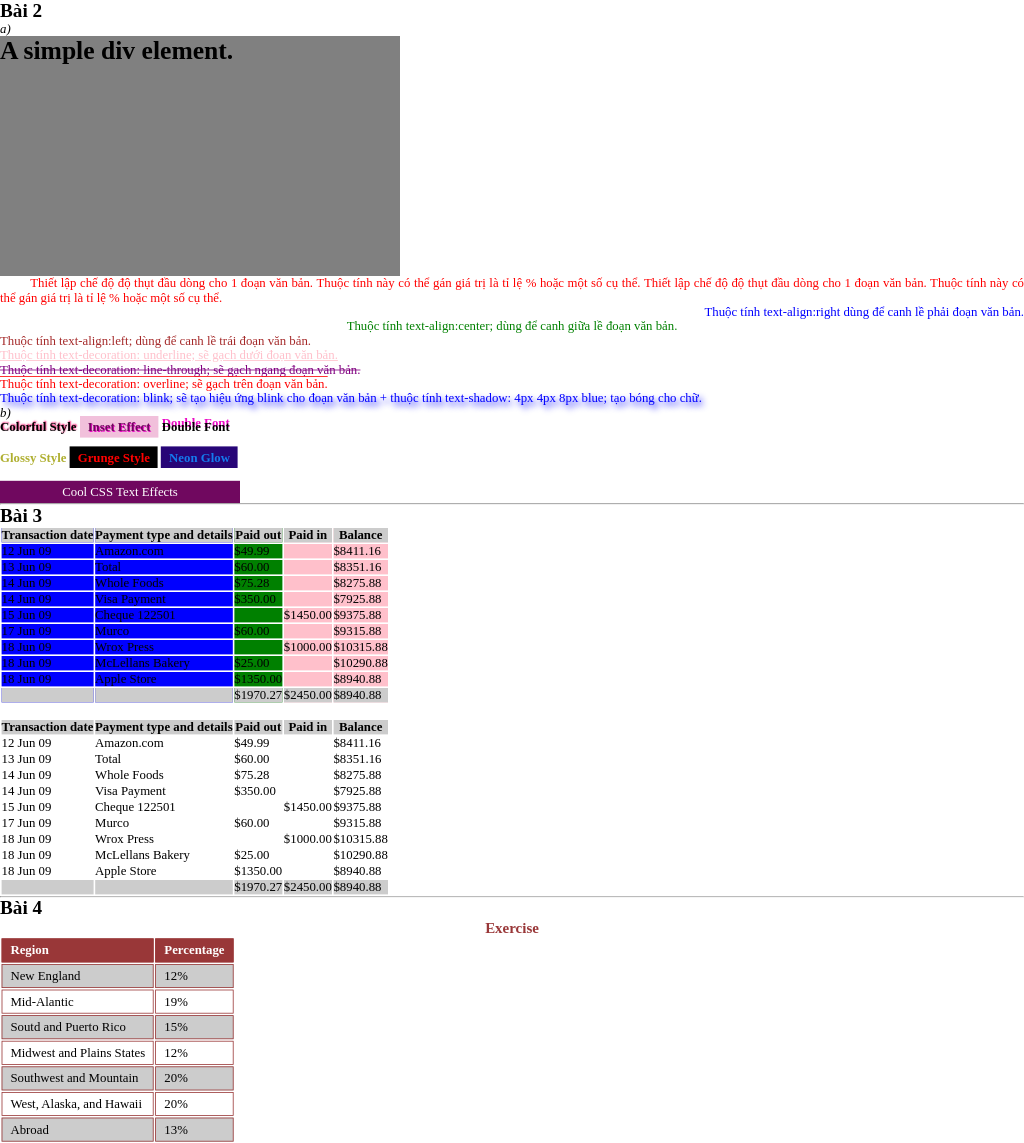
Repository: hoangnguyen1903/STT_21084321_NguyenHuyHoang_DHKHMT17B
Page: html/index.html
The author's editor kept a copy of each file at every save. The page is drawn from the files as they stood at one save, then again after the next save.
The browser window is 1280 px wide. The pictures show the whole page, at 80% of full size.

Above is the page before, as saved 2023-03-02 14:46:32.

### html/index.html
<!DOCTYPE html>
<html lang="en">
  <head>
    <meta charset="UTF-8" />
    <meta http-equiv="X-UA-Compatible" content="IE=edge" />
    <meta name="viewport" content="width=device-width, initial-scale=1.0" />
    <title>CSS</title>

    <style>
      * {
        box-sizing: border-box;
        padding: 0;
        margin: 0;
      }
      #bai4 > table {
        font-family: "Trebuchet MS, Arial, Helvetica, sans-serif";
      }

      #bai4 > h3 {
        color: #993738;
        text-align: center;
      }

      #bai4 > table > thead {
        color: #fff;
        background-color: #993738;
        text-align: left;
      }

      #bai4 > table > tbody > tr:nth-child(odd) {
        color: black;
        background-color: #ccc;
        text-align: left;
      }
      #bai4 > table > tbody > tr:nth-child(even) {
        color: black;
        text-align: left;
      }

      #bai4 > table > thead > tr > th,
      #bai4 > table > tbody > tr > td {
        border: 1px solid #993738;
        padding: 5px 10px;
      }
    </style>
  </head>
  <body>
    <h2><b>Bài 2</b></h2>
    <p><i>a)</i></p>
    <div
      id="container"
      style="width: 500px; height: 300px; background-color: gray"
    >
      <h1>A simple div element.</h1>
    </div>
    <p style="text-indent: 1cm; color: red; text-align: justify">
      Thiết lập chế độ độ thụt đầu dòng cho 1 đoạn văn bản. Thuộc tính này có
      thể gán giá trị là tỉ lệ % hoặc một số cụ thể. Thiết lập chế độ độ thụt
      đầu dòng cho 1 đoạn văn bản. Thuộc tính này có thể gán giá trị là tỉ lệ %
      hoặc một số cụ thể.
    </p>
    <p style="text-align: right; color: blue">
      Thuộc tính text-align:right dùng để canh lề phải đoạn văn bản.
    </p>
    <p style="text-align: center; color: green">
      Thuộc tính text-align:center; dùng để canh giữa lề đoạn văn bản.
    </p>
    <p style="text-align: left; color: brown">
      Thuộc tính text-align:left; dùng để canh lề trái đoạn văn bản.
    </p>
    <p style="text-decoration: underline; color: pink">
      Thuộc tính text-decoration: underline; sẽ gạch dưới đoạn văn bản.
    </p>
    <p style="text-decoration: line-through; color: purple">
      Thuộc tính text-decoration: line-through; sẽ gạch ngang đoạn văn bản.
    </p>
    <p style="text-decoration: overline; color: red">
      Thuộc tính text-decoration: overline; sẽ gạch trên đoạn văn bản.
    </p>
    <p
      style="
        text-decoration: blink;
        text-align: justify;
        color: blue;
        text-shadow: 4px 4px 8px blue;
      "
    >
      Thuộc tính text-decoration: blink; sẽ tạo hiệu ứng blink cho đoạn văn bản
      + thuộc tính text-shadow: 4px 4px 8px blue; tạo bóng cho chữ.
    </p>
    <p><i>b)</i></p>
    <div>
      <span
        style="
          color: black;
          font-weight: bold;
          text-shadow: 1px -1px 2px rgba(238, 12, 106, 0.986);
        "
        >Colorful Style</span
      >
      <span
        style="
          color: #70085f;
          background: #f1c0db;
          padding: 5px 10px;
          font-weight: bold;
          text-shadow: #eb0bc5 1px 1px 0;
        "
        >Inset Effect</span
      >
      <span style="text-shadow: 0px -5px 0 #eb0bc5; font-weight: bold"
        >Double Font</span
      >
    </div>
    <div style="margin-top: 20px">
      <span
        style="
          color: rgb(175, 175, 48);
          text-shadow: 4px 2px 2px #fff;
          font-weight: bold;
        "
        >Glossy Style</span
      >
      <span
        style="
          color: red;
          background-color: black;
          padding: 5px 10px;
          font-weight: bold;
        "
        >Grunge Style</span
      >
      <span
        style="
          color: rgb(20, 122, 238);
          background-color: rgb(39, 5, 119);
          padding: 5px 10px;
          font-weight: bold;
        "
        >Neon Glow</span
      >
    </div>
    <div
      style="
        color: #fff;
        background-color: #70085f;
        text-align: center;
        padding: 5px 10px;
        margin-top: 20px;
        width: 300px;
      "
    >
      Cool CSS Text Effects
    </div>
    <hr />
    <h2><b>Bài 3</b></h2>
    <table>
      <colgroup>
        <col span="6" style="background-color: blue" />
        <col span="6" style="background-color: blue" />
        <col span="2" style="background-color: green" />
        <col span="2" style="background-color: pink" />
        <col span="3" style="background-color: pink" />
      </colgroup>
      <tr style="background-color: #ccc">
        <th colspan="6">Transaction date</th>
        <th colspan="6">Payment type and details</th>
        <th colspan="2">Paid out</th>
        <th colspan="2">Paid in</th>
        <th colspan="3">Balance</th>
      </tr>

      <tr>
        <td colspan="6">12 Jun 09</td>
        <td colspan="6">Amazon.com</td>
        <td colspan="2">$49.99</td>
        <td colspan="2"></td>
        <td colspan="3">$8411.16</td>
      </tr>
      <tr>
        <td colspan="6">13 Jun 09</td>
        <td colspan="6">Total</td>
        <td colspan="2">$60.00</td>
        <td colspan="2"></td>
        <td colspan="3">$8351.16</td>
      </tr>
      <tr>
        <td colspan="6">14 Jun 09</td>
        <td colspan="6">Whole Foods</td>
        <td colspan="2">$75.28</td>
        <td colspan="2"></td>
        <td colspan="3">$8275.88</td>
      </tr>
      <tr>
        <td colspan="6">14 Jun 09</td>
        <td colspan="6">Visa Payment</td>
        <td colspan="2">$350.00</td>
        <td colspan="2"></td>
        <td colspan="3">$7925.88</td>
      </tr>
      <tr>
        <td colspan="6">15 Jun 09</td>
        <td colspan="6">Cheque 122501</td>
        <td colspan="2"></td>
        <td colspan="2">$1450.00</td>
        <td colspan="3">$9375.88</td>
      </tr>
      <tr>
        <td colspan="6">17 Jun 09</td>
        <td colspan="6">Murco</td>
        <td colspan="2">$60.00</td>
        <td colspan="2"></td>
        <td colspan="3">$9315.88</td>
      </tr>
      <tr>
        <td colspan="6">18 Jun 09</td>
        <td colspan="6">Wrox Press</td>
        <td colspan="2"></td>
        <td colspan="2">$1000.00</td>
        <td colspan="3">$10315.88</td>
      </tr>
      <tr>
        <td colspan="6">18 Jun 09</td>
        <td colspan="6">McLellans Bakery</td>
        <td colspan="2">$25.00</td>
        <td colspan="2"></td>
        <td colspan="3">$10290.88</td>
      </tr>
      <tr>
        <td colspan="6">18 Jun 09</td>
        <td colspan="6">Apple Store</td>
        <td colspan="2">$1350.00</td>
        <td colspan="2"></td>
        <td colspan="3">$8940.88</td>
      </tr>

      <tr style="background-color: #ccc">
        <td colspan="6"></td>
        <td colspan="6"></td>
        <td colspan="2">$1970.27</td>
        <td colspan="2">$2450.00</td>
        <td colspan="3">$8940.88</td>
      </tr>
    </table>
    <br />
    <table>
      <tr style="background-color: #ccc">
        <th colspan="6">Transaction date</th>
        <th colspan="6">Payment type and details</th>
        <th colspan="2">Paid out</th>
        <th colspan="2">Paid in</th>
        <th colspan="3">Balance</th>
      </tr>

      <tr>
        <td colspan="6">12 Jun 09</td>
        <td colspan="6">Amazon.com</td>
        <td colspan="2">$49.99</td>
        <td colspan="2"></td>
        <td colspan="3">$8411.16</td>
      </tr>
      <tr>
        <td colspan="6">13 Jun 09</td>
        <td colspan="6">Total</td>
        <td colspan="2">$60.00</td>
        <td colspan="2"></td>
        <td colspan="3">$8351.16</td>
      </tr>
      <tr>
        <td colspan="6">14 Jun 09</td>
        <td colspan="6">Whole Foods</td>
        <td colspan="2">$75.28</td>
        <td colspan="2"></td>
        <td colspan="3">$8275.88</td>
      </tr>
      <tr>
        <td colspan="6">14 Jun 09</td>
        <td colspan="6">Visa Payment</td>
        <td colspan="2">$350.00</td>
        <td colspan="2"></td>
        <td colspan="3">$7925.88</td>
      </tr>
      <tr>
        <td colspan="6">15 Jun 09</td>
        <td colspan="6">Cheque 122501</td>
        <td colspan="2"></td>
        <td colspan="2">$1450.00</td>
        <td colspan="3">$9375.88</td>
      </tr>
      <tr>
        <td colspan="6">17 Jun 09</td>
        <td colspan="6">Murco</td>
        <td colspan="2">$60.00</td>
        <td colspan="2"></td>
        <td colspan="3">$9315.88</td>
      </tr>
      <tr>
        <td colspan="6">18 Jun 09</td>
        <td colspan="6">Wrox Press</td>
        <td colspan="2"></td>
        <td colspan="2">$1000.00</td>
        <td colspan="3">$10315.88</td>
      </tr>
      <tr>
        <td colspan="6">18 Jun 09</td>
        <td colspan="6">McLellans Bakery</td>
        <td colspan="2">$25.00</td>
        <td colspan="2"></td>
        <td colspan="3">$10290.88</td>
      </tr>
      <tr>
        <td colspan="6">18 Jun 09</td>
        <td colspan="6">Apple Store</td>
        <td colspan="2">$1350.00</td>
        <td colspan="2"></td>
        <td colspan="3">$8940.88</td>
      </tr>

      <tr style="background-color: #ccc">
        <td colspan="6"></td>
        <td colspan="6"></td>
        <td colspan="2">$1970.27</td>
        <td colspan="2">$2450.00</td>
        <td colspan="3">$8940.88</td>
      </tr>
    </table>
    <hr />
    <h2><b>Bài 4</b></h2>
    <div id="bai4">
      <h3>Exercise</h3>
      <table>
        <thead>
          <tr>
            <th span="12">Region</th>
            <th span="8">Percentage</th>
          </tr>
        </thead>
        <tbody>
          <tr>
            <td span="12">New England</td>
            <td span="8">12%</td>
          </tr>
          <tr>
            <td span="12">Mid-Alantic</td>
            <td span="8">19%</td>
          </tr>
          <tr>
            <td span="12">Soutd and Puerto Rico</td>
            <td span="8">15%</td>
          </tr>
          <tr>
            <td span="12">Midwest and Plains States</td>
            <td span="8">12%</td>
          </tr>
          <tr>
            <td span="12">Southwest and Mountain</td>
            <td span="8">20%</td>
          </tr>
          <tr>
            <td span="12">West, Alaska, and Hawaii</td>
            <td span="8">20%</td>
          </tr>
          <tr>
            <td span="12">Abroad</td>
            <td span="8">13%</td>
          </tr>
        </tbody>
      </table>
    </div>
  </body>
</html>

After the next save:
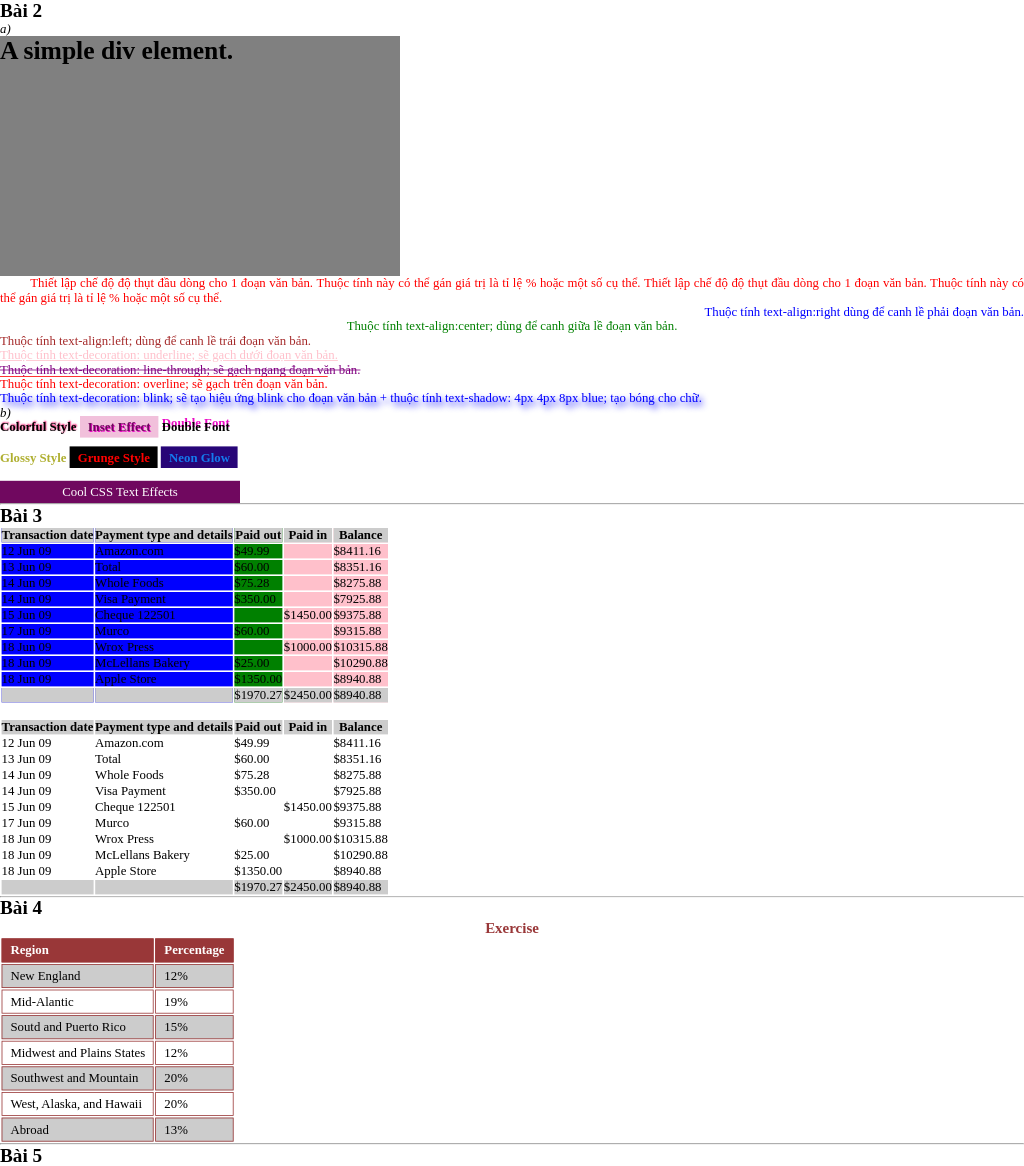
Saved 4 min 47 s later.
--- a/html/index.html
+++ b/html/index.html
@@ -41,6 +41,12 @@
       #bai4 > table > tbody > tr > td {
         border: 1px solid #993738;
         padding: 5px 10px;
+      }
+
+      #bai5 {
+        background-image: url("../img/bg-1.jpg"), url("../img//bg-2.jpg");
+        background-position: right bottom, left top;
+        background-repeat: no-repeat, repeat;
       }
     </style>
   </head>
@@ -367,5 +373,8 @@
         </tbody>
       </table>
     </div>
+    <hr />
+    <h2><b>Bài 5</b></h2>
+    <div id="bai5"></div>
   </body>
 </html>
